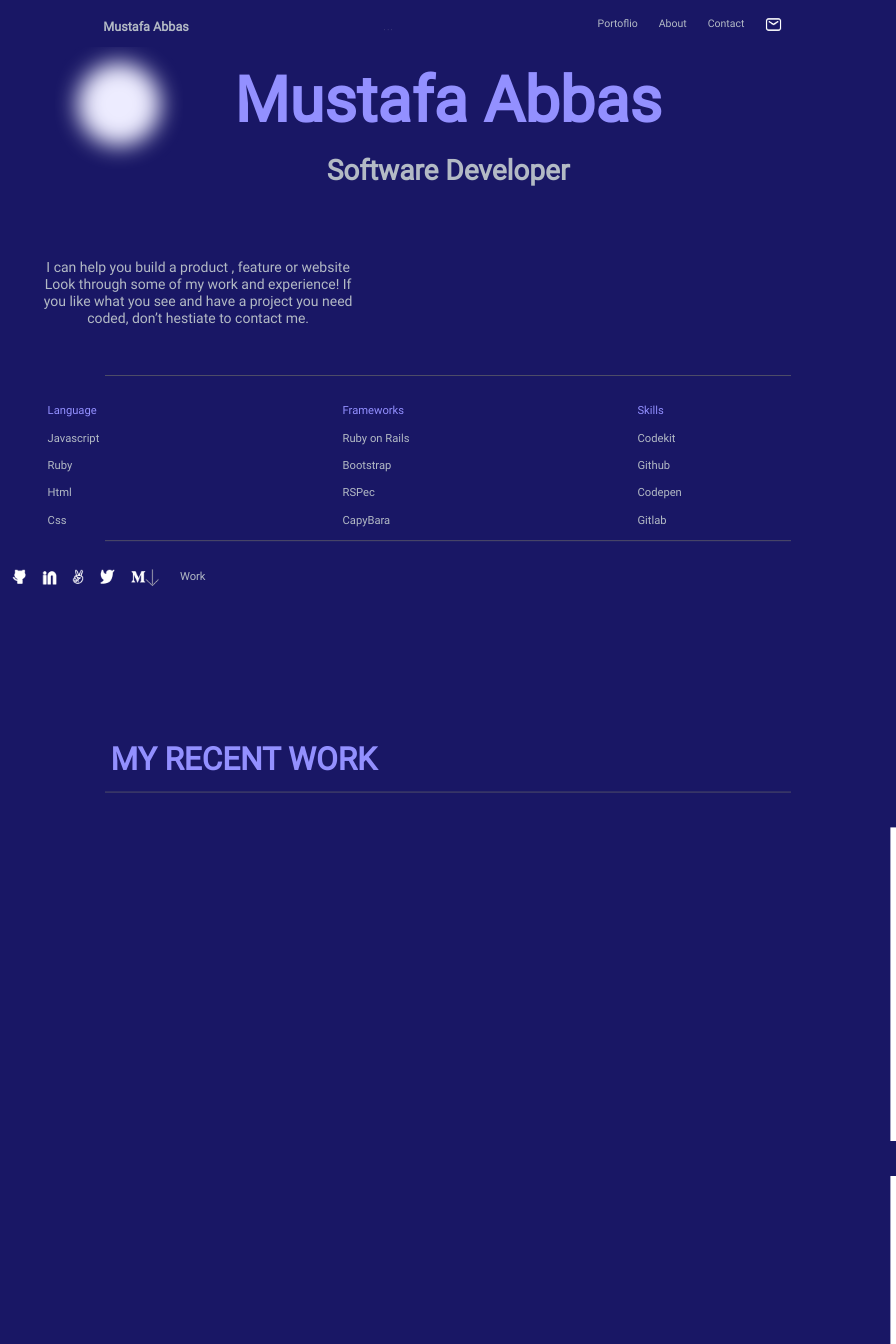
Repository: mustabbas/Portfolio
Page: index.html
These files come from the project's save history. The page is drawn as it stood at one moment and after the next save; the edit follows.
The browser window is 1280 px wide. The pictures show the part of the page from y = 0 to 1920 px (the page is 3860 px tall before and 3906 px after), at 70% of full size.

Above is the page before, as saved 2021-08-19 22:25:17.

### index.html
<!DOCTYPE html>
<html lang="en">
<head>
    <meta charset="UTF-8">
    <meta name="viewport" content="width=device-width, initial-scale=1.0">
    <meta http-equiv="X-UA-Compatible" content="ie=edge">
    <link rel="stylesheet" href="style.css"/>
    <title>Mustafa Portfolio</title>
</head>
<body>
    <section class="container">
        <header class="header">
            <a href="#"><h2>Mustafa Abbas</h2></a>
            <nav class="humberger">
            <img  src="./assets/img/humberger.png" alt="humberger"/>
            <img  src="./assets/img/humberger.png" alt="humberger"/>
            <img  src="./assets/img/humberger.png" alt="humberger"/>
            </nav>
            <ul class="main-nav">
                <li><a href="#">Portoflio</a></li>
                <li><a href="#">About</a></li>
                <li><a href="#">Contact</a></li>
                <li ><a href="#"><img class="email-pic" src="./assets/img/Icon-Mail.png" alt="email"/></a></li >
            </ul>
        </header>
        <div class="head-wraper">
            <div class="title-wraper">
                <h1>Mustafa Abbas</h1>
                <h2>Software Developer</h2>
            </div>
        </div>
        <div class="box"><p>I can help you build a product , feature or website Look through some of my work and experience! If you like what you see and have a project you need coded,  don’t hestiate to contact me.</p></div>
        <div class="line"></div>
        <div class="skills">
        <ul>
            <li>Language</li>
            <li>Javascript</li>
            <li>Ruby</li>
            <li>Html</li>
            <li>Css</li>
        </ul>
        <ul>
            <li>Frameworks</li>
            <li>Ruby on Rails</li>
            <li>Bootstrap</li>
            <li>RSPec</li>
            <li>CapyBara</li>
        </ul>
        <ul>
            <li>Skills</li>
            <li>Codekit</li>
            <li>Github</li>
            <li>Codepen</li>
            <li>Gitlab</li>
        </ul>
      </div>
      <div class="line"></div>

    </section>
    <div class="footer-nav">
        <div class="vector-container">
            <ul>
                <li><img src="./assets/img/Vector-github.png" alt="Vector-github"/></li>
                <li>
                    <div class="linked-container">
                            <div>
                                    <img src="./assets/img/Vector-dot-linkedin.png" alt="Vector-dot-linkedin"/>
                                    <img src="./assets/img/Vector-line-linkedin.png" alt="Vector-line-linkedin"/>
                            </div>
                            <img id="vector2" src="./assets/img/Vector-n-linkedin.png" alt="Vector-n-linkedin"/>
                     </div>
                </li>
                <li> <img src="./assets/img/Vector.png" alt="Vector"/></li>
                <li><img src="./assets/img/Vector-twitter.png" alt="Vector-twitter"/></li>
                <li> <img src="./assets/img/Vector-M.png" alt="Vector-M"/></li>
            </ul>

         </div>
         <div class="work-container">
        <div class="arrow-container">
        <img src="./assets/img/Vector-line-arrow.png" alt="Vector-line-arrow"/>
        <img src="./assets/img/Vector-arrow.png" alt="Vector-arrow"/>
        </div>
        <span>Work</span>
        </div>
    </div>

    <section class="recent-work">
    <h3>My recent work</h3>
    <div class="line"></div>
    <div class="card">
       <img src="./assets/img/Placeholder.png" alt="Placeholder"/>
       <div class="card-body">
           <h4>Multi-Post Stories</h4>
           <p>A daily selection of privately personalized reads; no accounts or sign-ups required. has been the industry's standard dummy text ever since the 1500s, when an unknown printer took a standard dummy text.</p>
            <ul>
                <li>css</li>
                <li class="vertical-line"></li>
                <li>html</li>
                <li class="vertical-line"></li>
                <li>bootstrap</li>
                <li class="vertical-line"></li>
                <li>Ruby</li>
            </ul>
            <button class="button">See Project</button>
       </div>
    </div>
    <div class="card">
        <img src="./assets/img/Placeholder.png" alt="Placeholder"/>
        <div class="card-body">
            <h4>Multi-Post Stories</h4>
            <p>A daily selection of privately personalized reads; no accounts or sign-ups required. has been the industry's standard dummy text ever since the 1500s, when an unknown printer took a standard dummy text.</p>
             <ul>
                 <li>css</li>
                 <li class="vertical-line"></li>
                 <li>html</li>
                 <li class="vertical-line"></li>
                 <li>bootstrap</li>
                 <li class="vertical-line"></li>
                 <li>Ruby</li>
             </ul>
             <button class="button">See Project</button>
        </div>
     </div>
     <div class="card">
        <img src="./assets/img/Placeholder.png" alt="Placeholder"/>
        <div class="card-body">
            <h4>Multi-Post Stories</h4>
            <p>A daily selection of privately personalized reads; no accounts or sign-ups required. has been the industry's standard dummy text ever since the 1500s, when an unknown printer took a standard dummy text.</p>
             <ul>
                 <li>css</li>
                 <li class="vertical-line"></li>
                 <li>html</li>
                 <li class="vertical-line"></li>
                 <li>bootstrap</li>
                 <li class="vertical-line"></li>
                 <li>Ruby</li>
             </ul>
             <button class="button">See Project</button>
        </div>
     </div>
     <div class="card">
        <img src="./assets/img/Placeholder.png" alt="Placeholder"/>
        <div class="card-body">
            <h4>Multi-Post Stories</h4>
            <p>A daily selection of privately personalized reads; no accounts or sign-ups required. has been the industry's standard dummy text ever since the 1500s, when an unknown printer took a standard dummy text.</p>
             <ul>
                 <li>css</li>
                 <li class="vertical-line"></li>
                 <li>html</li>
                 <li class="vertical-line"></li>
                 <li>bootstrap</li>
                 <li class="vertical-line"></li>
                 <li>Ruby</li>
             </ul>
             <button class="button">See Project</button>
        </div>
     </div>
    </section>

    <section class="card-container">
        <div class="card">
        <div class="card-body center-text">
        <h3>CONTACT US</h3>
        <p id="contact-p">If you have an application you are interested in developing, a feature that you need built or a project that needs coding. I’d love to help with it </p>
        <form>
        <input type="text" placeholder="Text Input" maxlength="30" required/>
        <input type="email" placeholder="jeremy@gmail.com" required/>
        <textarea rows="15" cols="48" placeholder="Enter text here" maxlength="500" required></textarea>
        <button class="button btn">See Project</button>
        </form>
        </div>
        <div class="footer-nav">
            <div class="work-container upper">
            <span>Work</span>
            <div class="arrow-container">
            <img src="./assets/img/Vector-line-arrow.png" alt="Vector-line-arrow"/>
            <img src="./assets/img/Vector-arrow.png" alt="Vector-arrow"/>
             </div>
            </div>
            <div class="vector-container">
                <ul>
                    <li><img src="./assets/img/Vector-github.png" alt="Vector-github"/></li>
                    <li>
                        <div class="linked-container">
                            <div>
                                <img src="./assets/img/Vector-dot-linkedin.png" alt="Vector-dot-linkedin"/>
                                <img src="./assets/img/Vector-line-linkedin.png" alt="Vector-line-linkedin"/>
                          </div>
                                <img src="./assets/img/Vector-n-linkedin.png" alt="Vector-n-linkedin"/>
                         </div>
                    </li>
                    <li> <img src="./assets/img/Vector.png" alt="Vector"/></li>
                    <li><img src="./assets/img/Vector-twitter.png" alt="Vector-twitter"/></li>
                    <li> <img src="./assets/img/Vector-M.png" alt="Vector-M"/></li>
                </ul>

             </div>
            <span>emailhere@email.com</span>
        </div>
    </div>
    </section>


</body>
</html>

### style.css
@font-face {
  font-family: 'roboto';
  src: url(assets/font/Roboto/Roboto-Regular.ttf);
}

body {
  background-color: #191765;
  font-family: 'roboto', sans-serif;
}

ul {
  margin: 0;
  padding: 0;
  list-style: none;
}

h1 {
  color: #9390ff;
}

p,
h2,
td,
li,
a,
span {
  color: #b3bac5;
}

.container {
  display: flex;
  flex-direction: column;
  justify-content: center;
}

.header {
  display: flex;
  justify-content: space-around;
  align-items: center;
}

.header a {
  text-decoration: none;
}

.header h2 {
  font-size: 18px;
  line-height: 20px;
}

.main-nav {
  display: flex;
}

.main-nav a {
  display: block;
  padding: 1em;
  text-decoration: none;
  font-size: 15px;
  line-height: 20px;
}

.head-wraper {
  display: flex;
  justify-content: center;
  align-items: center;
  background-image: url("./assets/img/circle1header.svg");
  background-repeat: no-repeat;
}

.title-wraper {
  flex-direction: column;
  justify-content: center;
}

.box {
  min-width: 450px;
  margin: 50px;
}

.box p {
  font-size: 20px;
  font-weight: 300;
  text-align: center;
  color: #b3bac5;
  max-width: 450px;
}

.wrap-content {
  background-image: url("./assets/img/circle1header.svg");
  background-repeat: no-repeat;
}

.skills {
  display: flex;
  justify-content: space-between;
}

.skills ul {
  width: 40%;
  margin-top: 20px;
  margin-left: 40px;
}

.skills li {
  margin: 20px;
}

.skills ul li:first-child {
  color: #9390ff;
}

.email-pic {
  color: #b3bac5;
}

.footer-nav {
  display: flex;
  align-items: center;
  margin-top: 40px;
}

.work-container {
  display: flex;
  justify-content: space-around;
}

.work-reverse {
  flex-direction: row-reverse;
}

.arrow-reverse {
  margin-left: 10px;
}

.vector-container {
  width: 200px;
}

.vector-container ul {
  display: flex;
  justify-content: space-between;
  align-items: center;
}

.vector-container img {
  margin-left: 10px;
}

.arrow-container {
  display: flex;
  flex-direction: column;
  align-items: flex-start;
  margin-right: 10px;
}

.arrow-container img:first-child {
  margin-left: 9px;
}

.arrow-container img:last-child {
  margin-top: -8px;
}

.linked-container {
  display: flex;
}

.linked-container div {
  display: flex;
  flex-direction: column;
}

#vector2 {
  margin-left: auto;
}

.recent-work h3 {
  font-size: 45px;
  color: #9390ff;
  margin: 20px;
  text-transform: uppercase;
  margin-left: 150px;
}

.recent-work {
  margin-top: 200px;
  display: grid;
  grid-template-columns: auto;
  grid-template-rows: auto;
  justify-content: center;
}

.card {
  display: flex;
  margin-left: 142px;
  margin-top: 50px;
}

.card-container {
  display: grid;
  grid-template-columns: auto;
  grid-template-rows: auto;
  justify-content: center;
}

.card-container .card-body {
  width: auto;
}

.card-container .card {
  flex-direction: column;
}

.card-body h4 {
  font-size: 40px;
  color: #fff;
}

.card-body p {
  font-size: 20px;
  line-height: 28px;
  text-align: left;
}

.card-body ul {
  display: flex;
  justify-content: space-around;
  font-size: 15px;
  text-align: left;
}

.center-text {
  text-align: center;
}

#contact-p {
  font-size: 16px;
  line-height: 24px;
  text-align: center;
}

.vertical-line {
  height: 50px;
  border-right: 3px solid #646369;
}

.button {
  background-color: #7d73fc;
  width: 100px;
  height: 60px;
  color: #fff;
  font-size: 15px;
  margin-top: 20px;
}

.button:hover {
  box-shadow: 0 8px 16px rgba(125, 115, 252, 0.48);
}

.button:enabled {
  background-color: #7d73fc;
}

.button:focus {
  background-color: #5e42d7;
}

.button:disabled {
  background-color: #2a2b33;
}

input {
  width: 100%;
  height: 60px;
  padding: 12px 20px;
  margin: 8px 0;
  display: inline-block;
  border: 1px solid #ccc;
  border-radius: 4px;
  box-sizing: border-box;
  margin-bottom: 30px;
}

textarea {
  width: 100%;
}

textarea::placeholder {
  font-size: 20px;
  padding: 20px;
}

.btn {
  margin-top: 30px;
}

/* Desktop view */
@media (min-width: 600px) {
  .card {
    height: 448px;
    animation-name: leftcard;
    animation-duration: 3s;
    animation-timing-function: linear;
    animation-direction: alternate;
  }

  @keyframes leftcard {
    0%   {margin-left:100%; }
    25%  { margin-left:75%; }
    50%  { margin-left:50%;}
    75%  {margin-left:25%; }
    100% { margin-left:142px;}
  }

  .card-body {
    margin-left: 24px;
    width: 40%;
  }

  .line {
    min-width: 450px;
    border-bottom: 1px solid #646369;
    margin-left: 142px;
    margin-right: 142px;
  }

  .card-reverse {
    flex-direction: row-reverse;
    margin-right: 142px;
  }

  .card-reverse img {
    margin-left: 20px;
  }

  .head-wraper {
    background-position: 70px -10px;
    background-size: 184px 184px;
  }

  .title-wraper h1 {
    font-size: 90px;
    line-height: 105px;
    font-weight: bold;
    margin: 24px 0;
    text-align: center;
  }

  .title-wraper h2 {
    font-size: 40px;
    line-height: 47px;
    margin-top: 0;
    text-align: center;

  }

  .wrap-content {
    display: flex;
    flex-direction: column;
    justify-content: center;
    align-items: center;
    background-position: 90% 50px;
  }

  .justify-space {
    justify-content: space-around;
  }

  .justify-center {
    justify-content: center;
  }

  .footer-nav span {
    margin-left: 20px;
  }

  .h3-l {
    font-size: 40px;
    line-height: 24px;
    color: #9390ff;
    margin: 20px;
  }

  .h3-sm {
    display: none;
  }

  .margin {
    margin-left: 200px;
    margin-right: 300px;
  }
}

/* mobile view */
@media (max-width: 500px) {
  .container {
    align-items: center;
    width: 500px;
  }

  .header {
    width: 500px;
    justify-content: space-around;
  }

  .header ul {
    display: none;
  }

  .main-nav {
    flex-direction: column;
  }

  .head-wraper {
    width: 500px;
    background-position: -160px -50px;
  }

  .head-wraper img {
    margin-left: -200px;
  }

  .right {
    margin-right: -100px;
  }

  .container img {
    margin-right: -500px;
  }

  .box {
    width: 33.333%;
  }

  .skills {
    flex-wrap: wrap;
    width: 500px;
    background-position: 400px 10px;
  }

  .humberger {
    display: flex;
    flex-direction: column;
    justify-content: space-between;
  }

  .humberger img {
    width: 33.33px;
    height: 3px;
    margin: 5px;
    background-color: #b3bac5;
  }

  .footer-nav {
    width: auto;
    flex-direction: column;
  }

  .footer-nav span {
    margin-top: 10px;
  }

  .ml {
    margin-left: 100px;
  }

  .upper {
    display: none !important;
  }

  .work-container {
    display: flex;
    margin-top: 30px;
  }

  .card {
    flex-direction: column;
    width: 400px;
  }

  .line {
    min-width: 450px;
    width: 33.333%;
    border-bottom: 1px solid #646369;
  }

  .wrap-content {
    background-position: 450px 150px;
  }

  .work-reverse {
    display: none;
  }

  .h3-sm {
    font-size: 32px;
    line-height: 44px;
    color: #9390ff;
    margin: 20px;
    text-transform: uppercase;
  }

  .h3-l {
    display: none;
  }
}

After the next save:
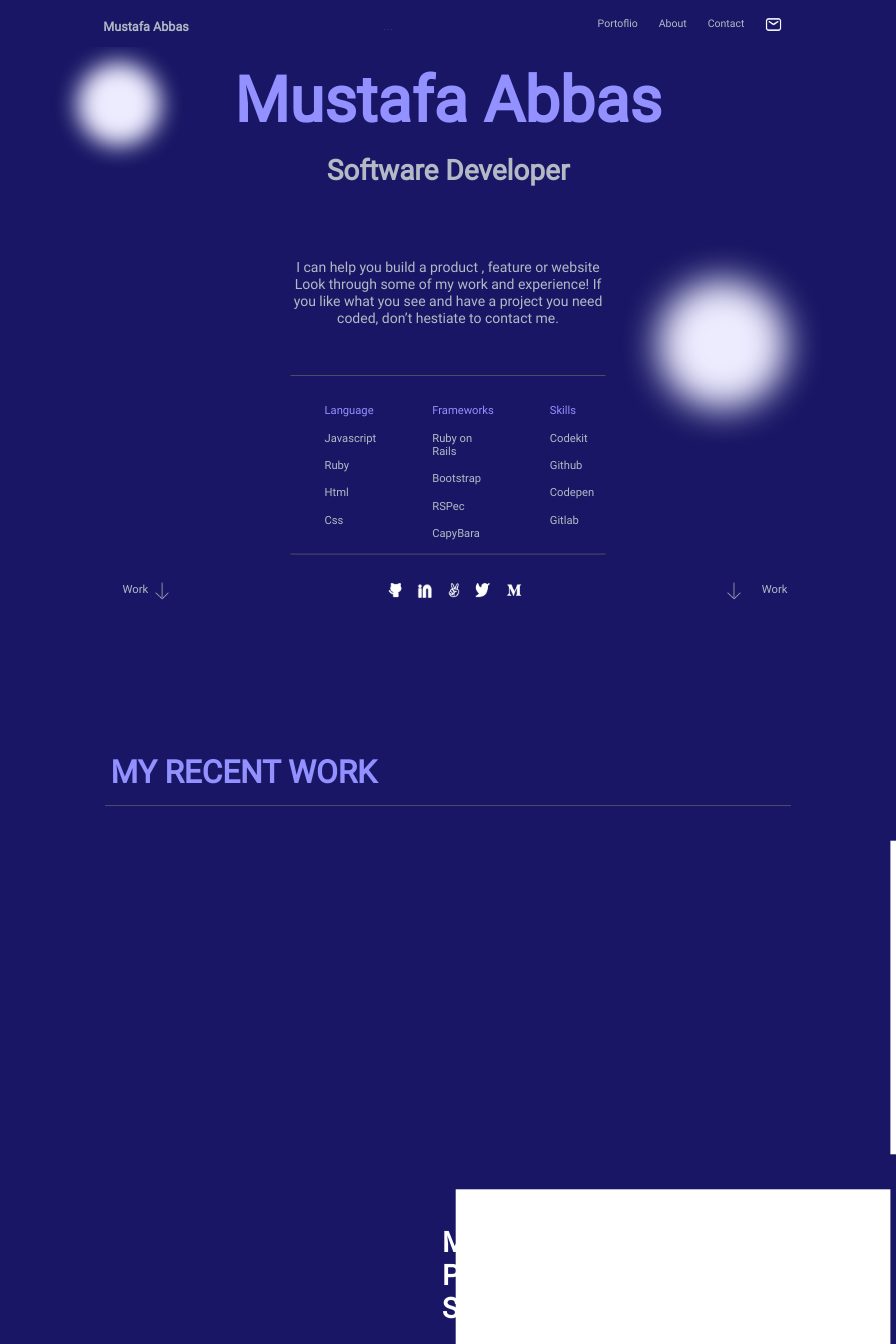
Saved 19 min 26 s later.
--- a/index.html
+++ b/index.html
@@ -29,6 +29,7 @@
                 <h2>Software Developer</h2>
             </div>
         </div>
+        <div class="wrap-content">
         <div class="box"><p>I can help you build a product , feature or website Look through some of my work and experience! If you like what you see and have a project you need coded,  don’t hestiate to contact me.</p></div>
         <div class="line"></div>
         <div class="skills">
@@ -55,9 +56,17 @@
         </ul>
       </div>
       <div class="line"></div>
+    </div>
 
     </section>
-    <div class="footer-nav">
+    <div class="footer-nav ml justify-space">
+        <div class="work-container work-reverse">
+            <div class="arrow-container arrow-reverse">
+            <img src="./assets/img/Vector-line-arrow.png" alt="Vector-line-arrow"/>
+            <img src="./assets/img/Vector-arrow.png" alt="Vector-arrow"/>
+            </div>
+            <span>Work</span>
+        </div>
         <div class="vector-container">
             <ul>
                 <li><img src="./assets/img/Vector-github.png" alt="Vector-github"/></li>
@@ -77,18 +86,18 @@
 
          </div>
          <div class="work-container">
-        <div class="arrow-container">
-        <img src="./assets/img/Vector-line-arrow.png" alt="Vector-line-arrow"/>
-        <img src="./assets/img/Vector-arrow.png" alt="Vector-arrow"/>
-        </div>
-        <span>Work</span>
+            <div class="arrow-container">
+            <img src="./assets/img/Vector-line-arrow.png" alt="Vector-line-arrow"/>
+            <img src="./assets/img/Vector-arrow.png" alt="Vector-arrow"/>
+            </div>
+            <span>Work</span>
         </div>
     </div>
 
     <section class="recent-work">
     <h3>My recent work</h3>
     <div class="line"></div>
-    <div class="card">
+    <div class="card card-left">
        <img src="./assets/img/Placeholder.png" alt="Placeholder"/>
        <div class="card-body">
            <h4>Multi-Post Stories</h4>
@@ -102,10 +111,10 @@
                 <li class="vertical-line"></li>
                 <li>Ruby</li>
             </ul>
-            <button class="button">See Project</button>
+            <button type="button" class="button">See Project</button>
        </div>
     </div>
-    <div class="card">
+    <div class="card card-reverse">
         <img src="./assets/img/Placeholder.png" alt="Placeholder"/>
         <div class="card-body">
             <h4>Multi-Post Stories</h4>
@@ -119,10 +128,10 @@
                  <li class="vertical-line"></li>
                  <li>Ruby</li>
              </ul>
-             <button class="button">See Project</button>
+             <button type="button" class="button">See Project</button>
         </div>
      </div>
-     <div class="card">
+     <div class="card card-left">
         <img src="./assets/img/Placeholder.png" alt="Placeholder"/>
         <div class="card-body">
             <h4>Multi-Post Stories</h4>
@@ -136,10 +145,10 @@
                  <li class="vertical-line"></li>
                  <li>Ruby</li>
              </ul>
-             <button class="button">See Project</button>
+             <button type="button" class="button">See Project</button>
         </div>
      </div>
-     <div class="card">
+     <div class="card card-reverse">
         <img src="./assets/img/Placeholder.png" alt="Placeholder"/>
         <div class="card-body">
             <h4>Multi-Post Stories</h4>
@@ -153,31 +162,26 @@
                  <li class="vertical-line"></li>
                  <li>Ruby</li>
              </ul>
-             <button class="button">See Project</button>
+             <button type="button" class="button">See Project</button>
         </div>
      </div>
     </section>
 
-    <section class="card-container">
-        <div class="card">
-        <div class="card-body center-text">
-        <h3>CONTACT US</h3>
+    <div class="card-container">
+        <div class="card card-left">
+        <div class="card-body center-text margin">
+        <h3 class="h3-sm">CONTACT US</h3>
+        <h3 class="h3-l">Let’s chat!</h3>
         <p id="contact-p">If you have an application you are interested in developing, a feature that you need built or a project that needs coding. I’d love to help with it </p>
-        <form>
-        <input type="text" placeholder="Text Input" maxlength="30" required/>
-        <input type="email" placeholder="jeremy@gmail.com" required/>
-        <textarea rows="15" cols="48" placeholder="Enter text here" maxlength="500" required></textarea>
-        <button class="button btn">See Project</button>
+        <form method="POST" action="https://formspree.io/f/xdoypzrq" id="aboutmeForm">
+            <input type="text" placeholder="Text Input" maxlength="30" required/>
+            <input type="email" placeholder="jeremy@gmail.com" required/>
+            <textarea rows="15" cols="48" placeholder="Enter text here" maxlength="500" required></textarea>
+            <button type="submit" form="aboutmeForm" class="button btn">See Project</button>
         </form>
-        </div>
-        <div class="footer-nav">
-            <div class="work-container upper">
-            <span>Work</span>
-            <div class="arrow-container">
-            <img src="./assets/img/Vector-line-arrow.png" alt="Vector-line-arrow"/>
-            <img src="./assets/img/Vector-arrow.png" alt="Vector-arrow"/>
-             </div>
-            </div>
+
+        </div>
+        <footer class="footer-nav justify-center">
             <div class="vector-container">
                 <ul>
                     <li><img src="./assets/img/Vector-github.png" alt="Vector-github"/></li>
@@ -197,9 +201,9 @@
 
              </div>
             <span>emailhere@email.com</span>
-        </div>
-    </div>
-    </section>
+        </footer>
+    </div>
+    </div>
 
 
 </body>
